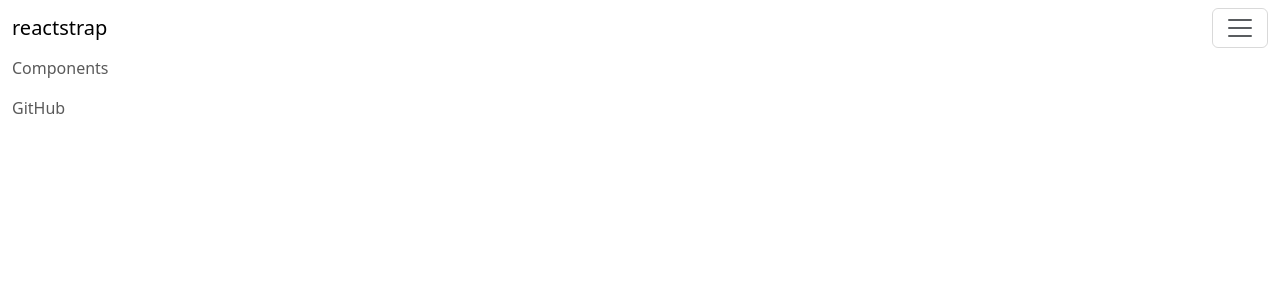
Repository: MohammadGulshan/wiggy
Page: / (app in client/)
These files come from the project's save history. The page is drawn as it stood at one moment and after a run of saves; the edit follows.
The browser window is 1280 px wide. The pictures show the whole page.
The project was rebuilt for these pictures with package versions that can differ from the ones it lists, and the page was loaded fresh each time. Also part of the build but not shown: client/src/App.css.

Above is the page before, as saved 2020-12-11 02:23:22.

### client/src/index.js
import React from 'react';
import ReactDOM from 'react-dom';
import App from './App';
import reportWebVitals from './reportWebVitals';

ReactDOM.render(
  <React.StrictMode>
    <App />
  </React.StrictMode>,
  document.getElementById('root')
);

// If you want to start measuring performance in your app, pass a function
// to log results (for example: reportWebVitals(console.log))
// or send to an analytics endpoint. Learn more: https://bit.ly/CRA-vitals
reportWebVitals();

### client/src/App.js
import 'bootstrap/dist/css/bootstrap.min.css';
import './App.css';
import AppNavbar from './components/AppNavbar';

function App() {
  return (
    <div className="App">
      <AppNavbar />
    </div>
  );
}

export default App;

### client/src/components/AppNavbar.js
import React from "react";
import {
  Collapse,
  Navbar,
  NavbarToggler,
  NavbarBrand,
  Nav,
  NavItem,
  NavLink,
  UncontrolledDropdown,
  DropdownToggle,
  DropdownMenu,
  DropdownItem,
  NavbarText,
} from "reactstrap";

const AppNavbar = (props) => {
  let isOpen = false;
  const toggle = () => isOpen = !this.isOpen;
  return (
    <div>
      {/* <Navbar color="success" dark expand="md">
        <NavbarBrand href="/">Wiggy</NavbarBrand>
        <NavbarToggler onClick={toggle} />
        <Collapse isOpen={isOpen} navbar>
          <Nav className="ml-auto" navbar>
            <NavItem>
              <NavLink href="/components/">Components</NavLink>
            </NavItem>
            <NavItem>
              <NavLink href="https://github.com/reactstrap/reactstrap">GitHub</NavLink>
            </NavItem>
          </Nav>
        </Collapse>
      </Navbar> */}
      <Navbar color="faded" light>
        <NavbarBrand href="/" className="mr-auto">reactstrap</NavbarBrand>
        <NavbarToggler onClick={toggle} className="mr-2" />
        <Collapse isOpen={!isOpen} navbar>
          <Nav navbar>
            <NavItem>
              <NavLink href="/components/">Components</NavLink>
            </NavItem>
            <NavItem>
              <NavLink href="https://github.com/reactstrap/reactstrap">GitHub</NavLink>
            </NavItem>
          </Nav>
        </Collapse>
      </Navbar>
    </div>
  );
};

export default AppNavbar;

Loaded but not shown: client/public/index.html (common file); client/src/reportWebVitals.js (common file)

After the next 5 saves:
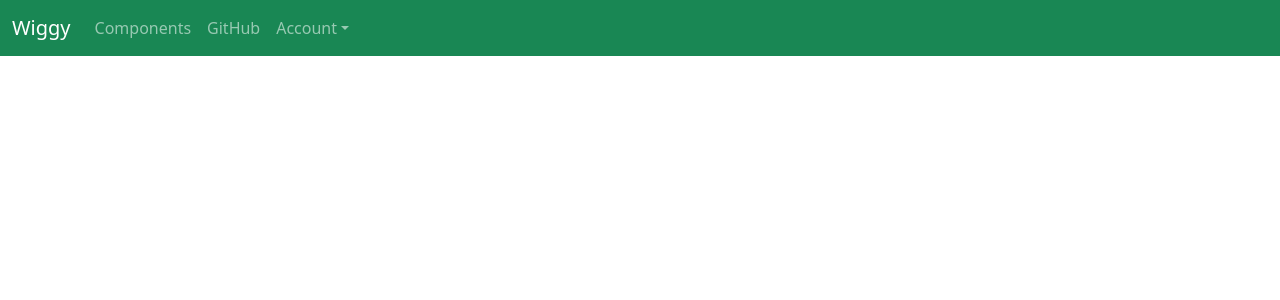
The 5 saves are shown as one change because 4 did not build or start.
The last was saved 2 min 29 s later.
--- a/client/src/components/AppNavbar.js
+++ b/client/src/components/AppNavbar.js
@@ -16,10 +16,10 @@
 
 const AppNavbar = (props) => {
   let isOpen = false;
-  const toggle = () => isOpen = !this.isOpen;
+  const toggle = () => isOpen = !isOpen;
   return (
     <div>
-      {/* <Navbar color="success" dark expand="md">
+      <Navbar color="success" dark expand="md">
         <NavbarBrand href="/">Wiggy</NavbarBrand>
         <NavbarToggler onClick={toggle} />
         <Collapse isOpen={isOpen} navbar>
@@ -30,20 +30,23 @@
             <NavItem>
               <NavLink href="https://github.com/reactstrap/reactstrap">GitHub</NavLink>
             </NavItem>
-          </Nav>
-        </Collapse>
-      </Navbar> */}
-      <Navbar color="faded" light>
-        <NavbarBrand href="/" className="mr-auto">reactstrap</NavbarBrand>
-        <NavbarToggler onClick={toggle} className="mr-2" />
-        <Collapse isOpen={!isOpen} navbar>
-          <Nav navbar>
-            <NavItem>
-              <NavLink href="/components/">Components</NavLink>
-            </NavItem>
-            <NavItem>
-              <NavLink href="https://github.com/reactstrap/reactstrap">GitHub</NavLink>
-            </NavItem>
+            <UncontrolledDropdown nav inNavbar>
+              <DropdownToggle nav caret>
+                Account
+              </DropdownToggle>
+              <DropdownMenu right>
+                <DropdownItem>
+                  Profile
+                </DropdownItem>
+                <DropdownItem>
+                  Orders
+                </DropdownItem>
+                <DropdownItem divider />
+                <DropdownItem>
+                  Logout
+                </DropdownItem>
+              </DropdownMenu>
+            </UncontrolledDropdown>
           </Nav>
         </Collapse>
       </Navbar>
